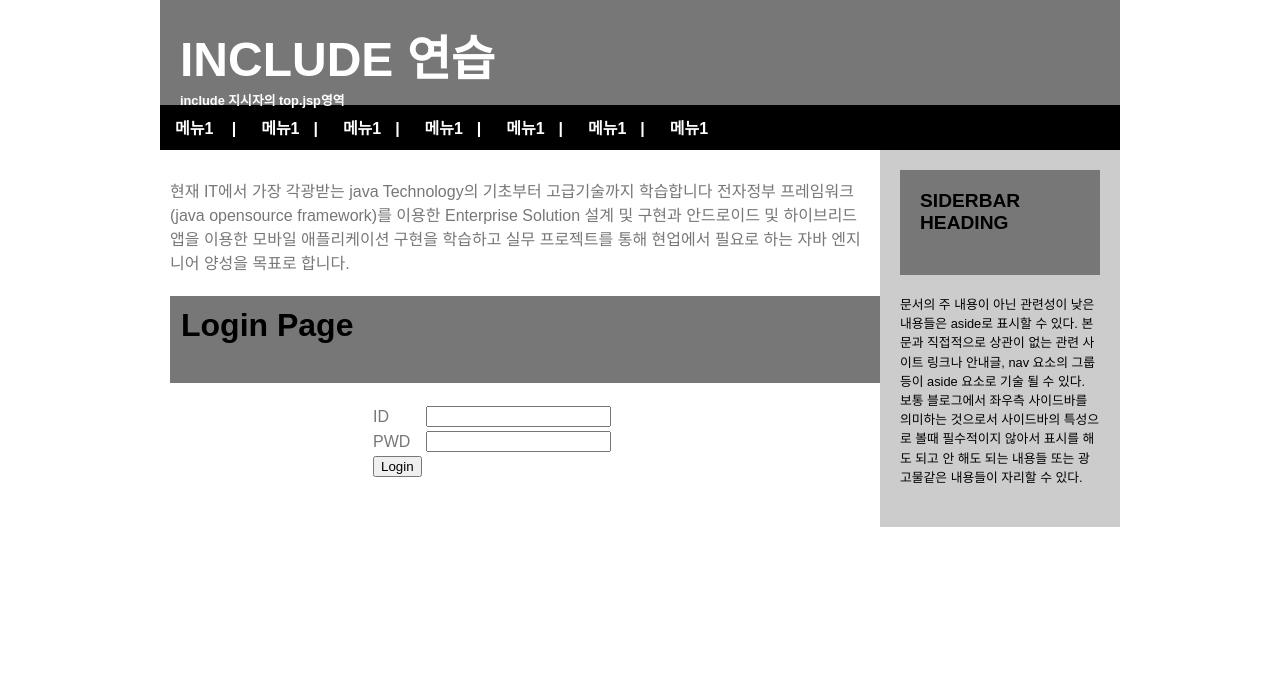
Repository: dev-sean/kosta
Page: http://localhost/jsp_1104/ex1_body.jsp
An editor plug-in stored every save of this project. The page is shown before and after the next save, followed by the edit.
The browser window is 1280 px wide. The pictures show the whole page.
Some web libraries are served in a nearby version. The page is served by Tomcat 9.

Above is the page before, as saved 2014-11-04 02:19:53.

After the next save:
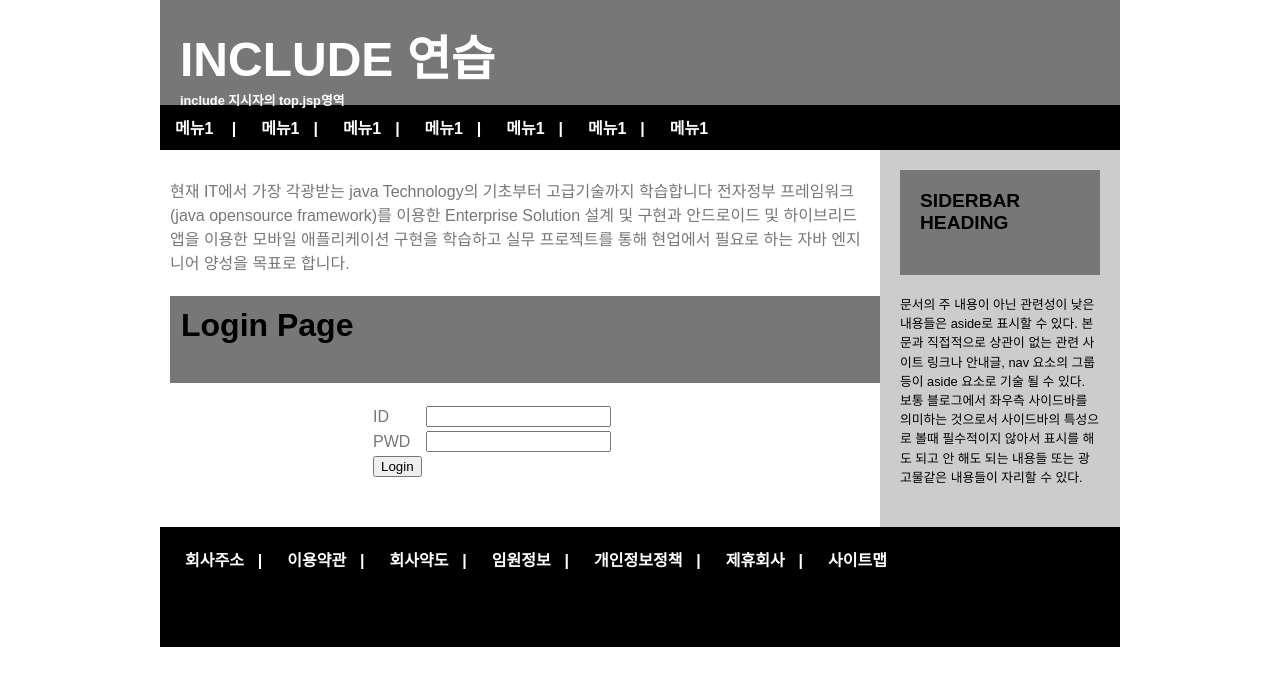
Saved 24 s later.
--- a/jsp/jsp_1104/WebContent/ex1_body.jsp
+++ b/jsp/jsp_1104/WebContent/ex1_body.jsp
@@ -39,3 +39,4 @@
 		자리할 수 있다.</p>
 
 </aside>
+<%@include file="ex1_bottom.jsp" %>
